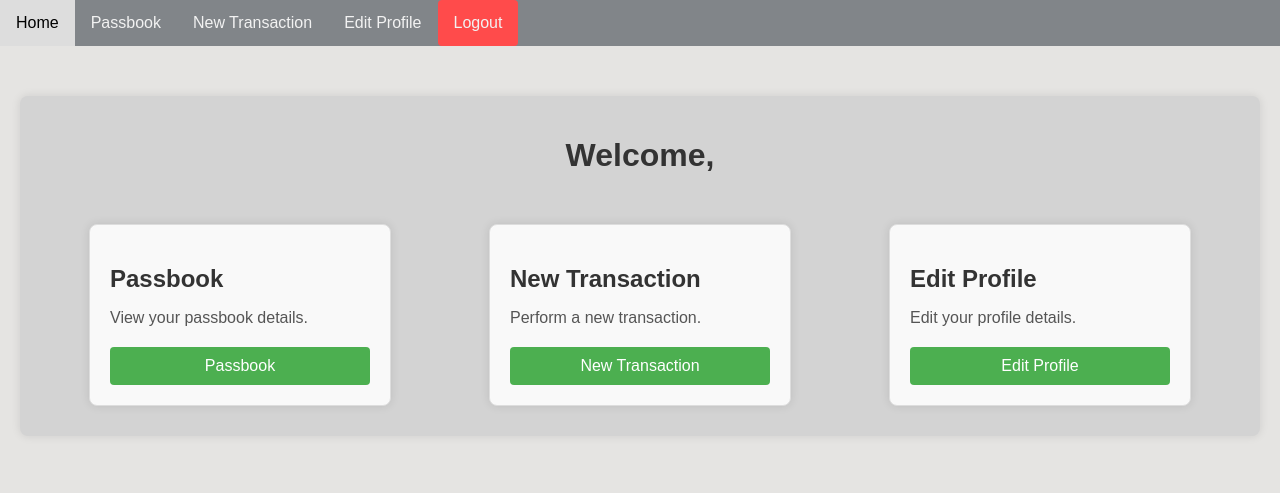
Repository: SuyashAwasthy/Javaee
Page: http://localhost/13-bank-application-mvc/customerHome.jsp
These files come from the project's save history. The page is drawn as it stood at one moment and after the next save; the edit follows.
The browser window is 1280 px wide. The pictures show the whole page.
The page is served by Tomcat 9. The template is opened directly, without the code that normally fills it, so the values that code supplies are empty.

Above is the page before, as saved 2024-07-22 16:01:10.

After the next save:
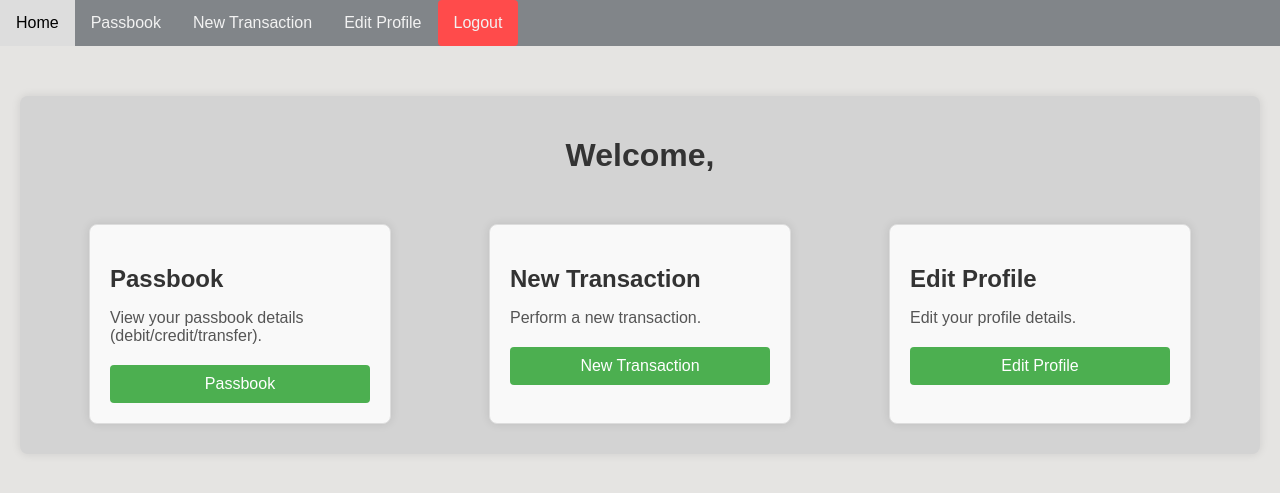
Saved 2 min 13 s later.
--- a/13-bank-application-mvc/WebContent/customerHome.jsp
+++ b/13-bank-application-mvc/WebContent/customerHome.jsp
@@ -24,7 +24,7 @@
         <div class="card-container">
             <div class="card">
                 <h2>Passbook</h2>
-                <p>View your passbook details.</p>
+                <p>View your passbook details (debit/credit/transfer).</p>
                 <a href="passbook.jsp" class="btn">Passbook</a>
             </div>
             <div class="card">
